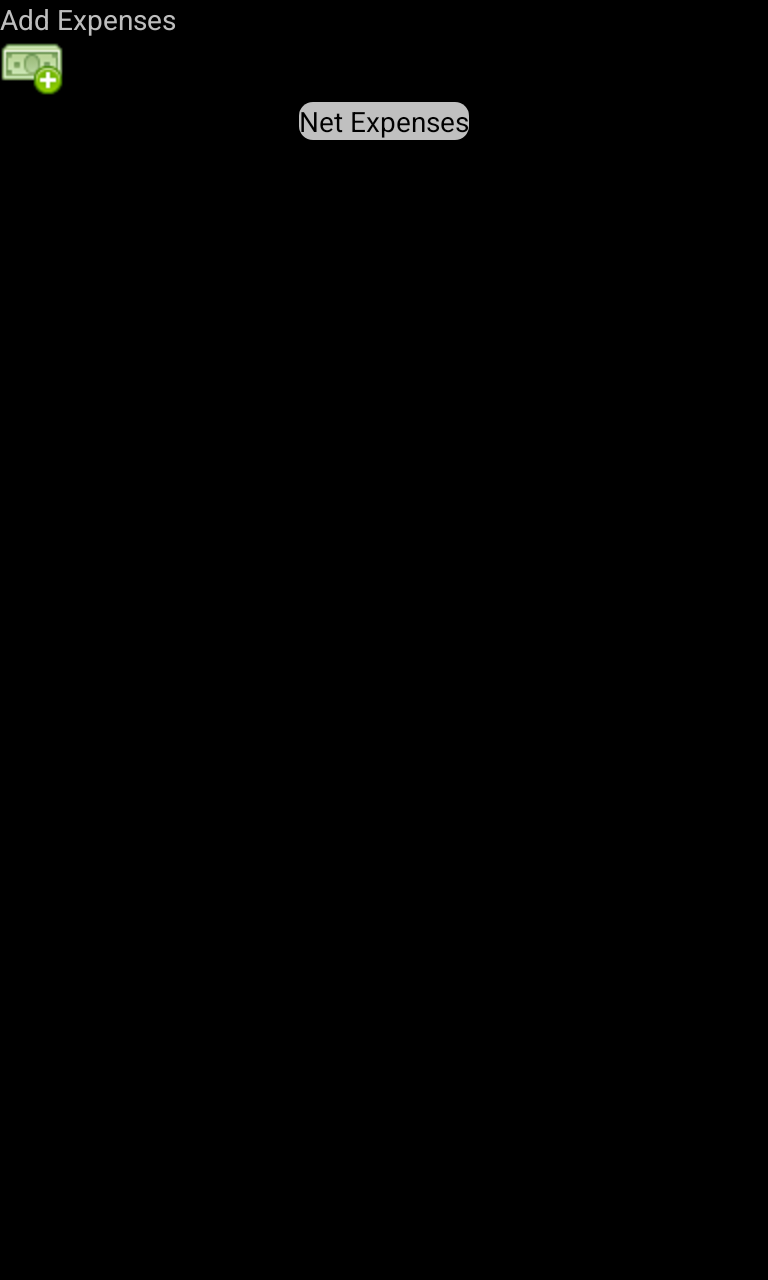
Repository: iyeranan/Expenses
Layout: Expenses/res/layout/shares.xml
These files come from the project's save history. The layout is drawn as it stood at one moment and after the next save; the edit follows.
It is drawn on a 768 x 1280 px phone screen (xhdpi) without system bars, with theme android:Theme; the app's code is not run.

Above is the layout before, as saved 2012-01-16 17:25:18.

After the next save:
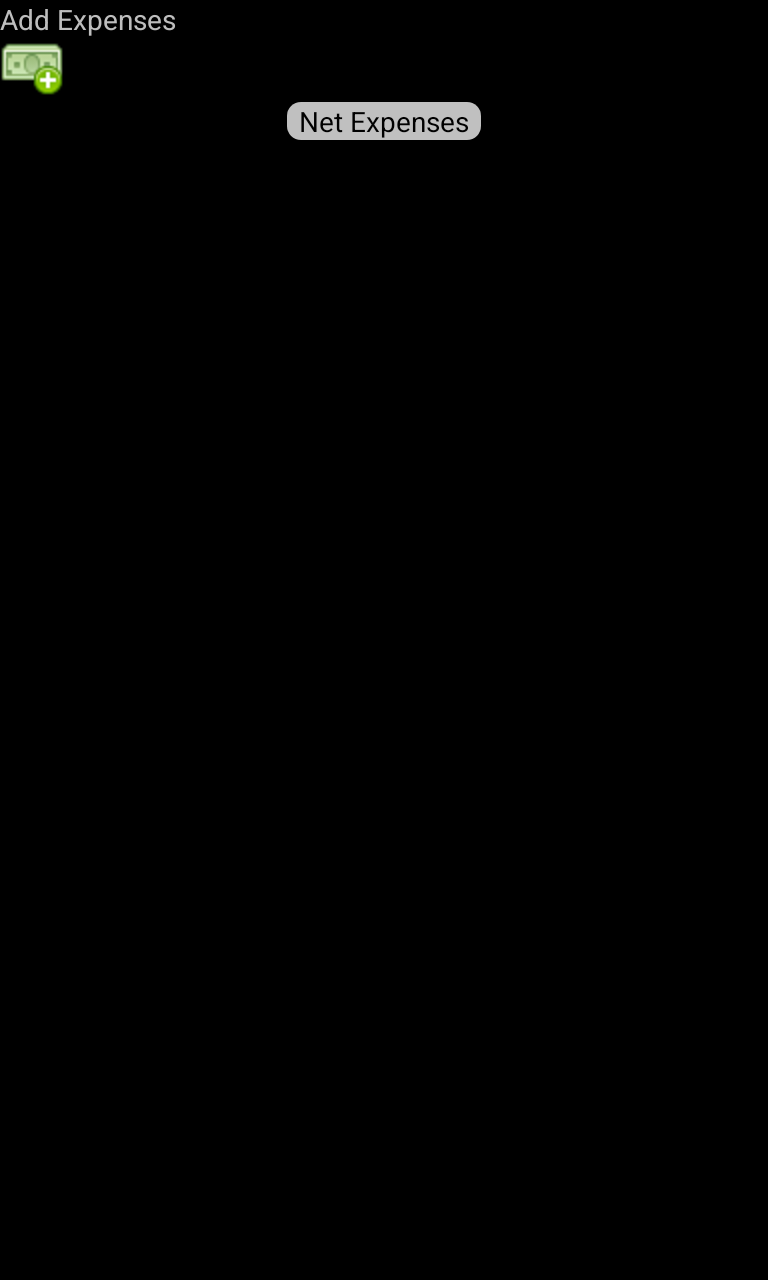
Saved 20 s later.
--- a/Expenses/res/layout/shares.xml
+++ b/Expenses/res/layout/shares.xml
@@ -11,6 +11,6 @@
 <Button android:layout_width="wrap_content" android:layout_height="wrap_content" android:background="@drawable/add_expenses" android:id="@+id/btnAddExpense"></Button>
 <TableLayout android:layout_width="fill_parent" android:layout_height="wrap_content" android:id="@+id/tblExpenses">
 </TableLayout>
-<Button android:layout_height="wrap_content" android:layout_width="wrap_content" android:layout_gravity="center_vertical|center_horizontal" android:id="@+id/btnGenerate" android:text="Net Expenses" android:background="@layout/buttonshape"></Button>
+<Button android:layout_height="wrap_content" android:layout_gravity="center_vertical|center_horizontal" android:id="@+id/btnGenerate" android:text="Net Expenses" android:background="@layout/buttonshape" android:layout_width="97dp"></Button>
 </LinearLayout>
 </ScrollView>
